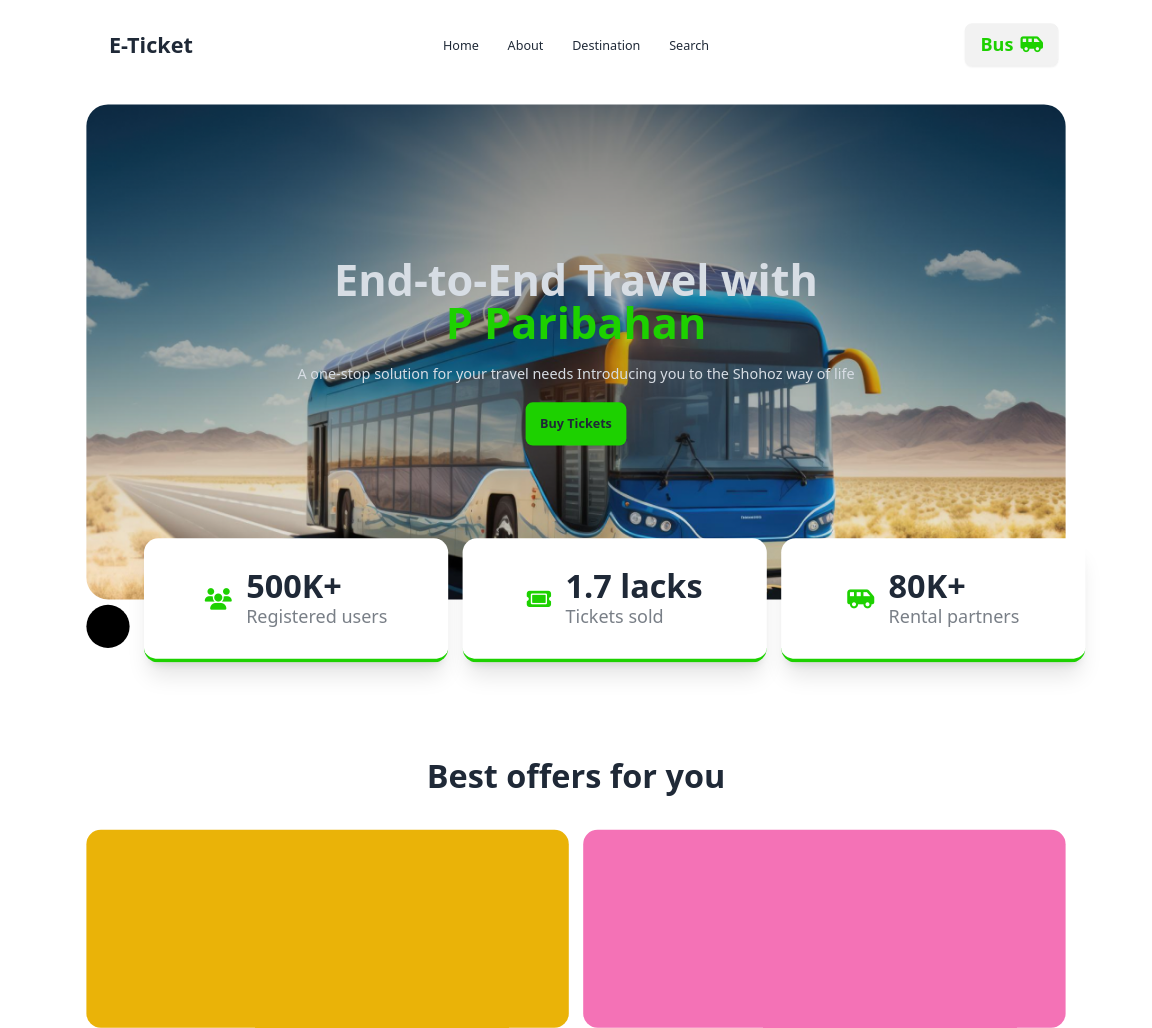
Repository: RudrasahaDibos/Smart-ticketing
Page: index.html
These files come from the project's save history. The page is drawn as it stood at one moment and after a run of saves; the edit follows.
The browser window is 1280 px wide. The pictures show the whole page, at 90% of full size.
Some web fonts or font styles are not loaded; a fallback is used. Some web libraries are served in a nearby version.

Above is the page before, as saved 2024-11-10 01:09:28.

After the next 4 saves:
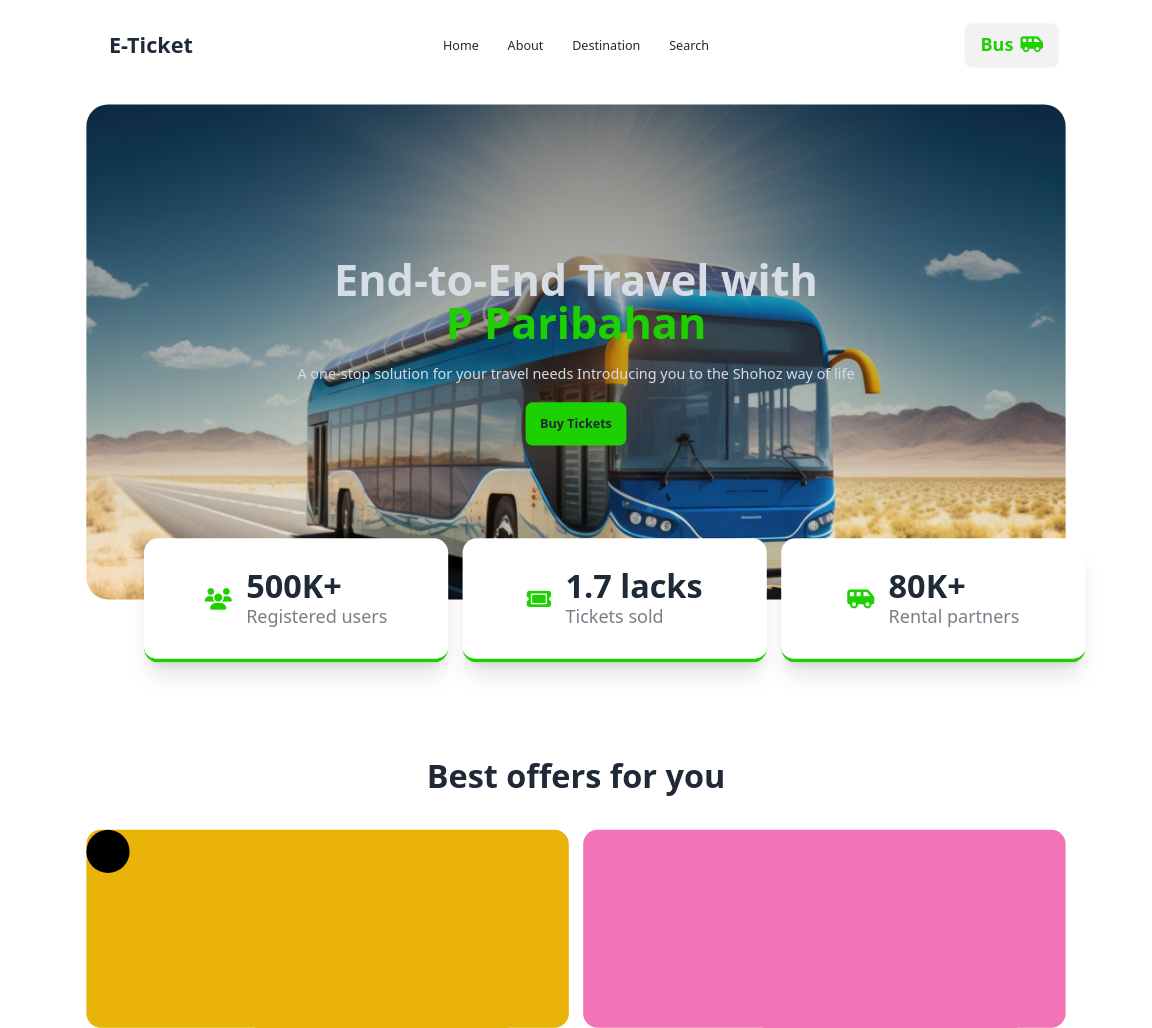
The 4 saves are shown as one change because they came seconds apart.
The last was saved 55 s later.
--- a/index.html
+++ b/index.html
@@ -156,7 +156,7 @@
 
                                 <div class="flex gap-4 mt-10">
                                     <div class="bg-yellow-500  w-[573px] h-[220px] rounded-2xl">
-                                               <p class="bg-black w-[48px] h-[48px] absolute mx-auto rounded-full  -bottom-0"></p>
+                                               <p class="bg-black w-[48px] h-[48px] absolute mx-auto rounded-full  -bottom-"></p>
                                     </div>
                                     <div class="bg-pink-400   w-[573px] h-[220px] rounded-2xl">
 
